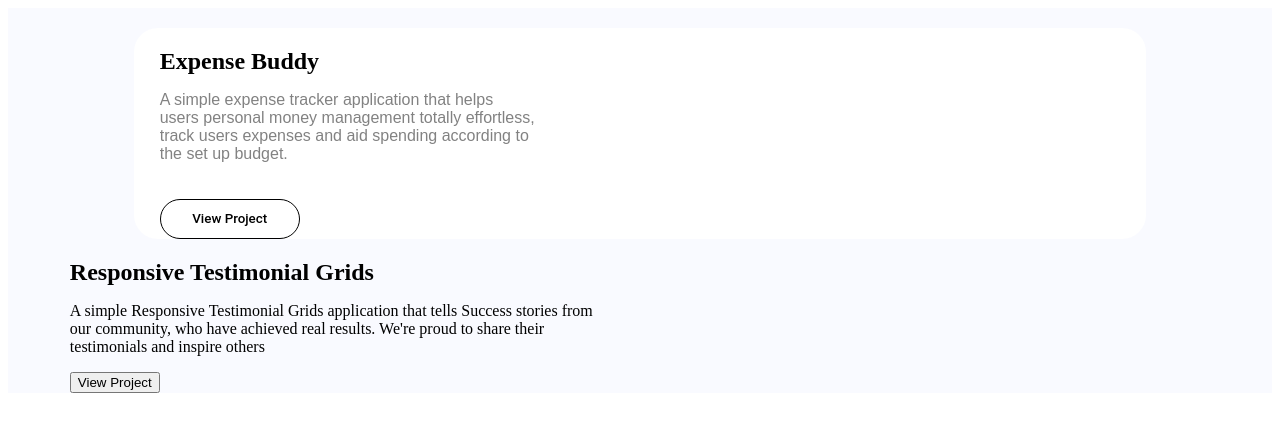
Repository: adehope1/My_Portfoilo
Page: port/assest/index2.html
The author's editor kept a copy of each file at every save. The page is drawn from the files as they stood at one save, then again after the next save.
The browser window is 1280 px wide. The pictures show the whole page.

Above is the page before, as saved 2024-09-01 22:30:35.

### port/assest/index2.html
<!DOCTYPE html>
<html lang="en">
<head>
    <meta charset="UTF-8">
    <meta name="viewport" content="width=device-width, initial-scale=1.0">
    <link rel="stylesheet" href="./index2.css">
    <title>Document</title>
</head>
<body>
    <div class="proCont">
        <div class="cnt1">
            <div class="nameP">
                <div class="textHome">
                    <h2 id="exp">Expense Buddy</h2>
                    <p id="expe">
                        A simple expense tracker application that helps <br>
                        users personal money management totally effortless,<br>
                        track users expenses and aid spending according to <br> the set up budget.
                    </p>
                    <a href="https://cybogsail.000webhostapp.com/"><button type="button" id="btn3">View
                            Project</button></a>

                </div>

            </div>
        </div>
    </div>
    <div class="proCont11">
        <div class="ctn12">
            <div class="nameP1">
                <div class="textHome1">
                    <h2 id="exp1">Responsive Testimonial Grids</h2>
                    <p id="expe1"> A simple Responsive Testimonial Grids application that tells Success stories from our community, who have achieved real results. We're proud to share their testimonials and inspire others
                    </p>
                    <a href="https://github.com/Koded247/Responsive-testimonial-grids.git"><button type="button" id="btn4">View Project</button></a>
                </div>
            </div>
        </div>
    </div>
</body>
</html>

### port/assest/index2.css
.proCont {
    width: 100%;
    height: 90%;
    gap: 50px;
    background-color: #F9FAFF;
    display: flex;
    justify-content: space-around;
    align-items: center;
    flex-direction: column;
}

.cnt1 {
    width: 80%;
    height: 45%;
    background-color: #FFFFFF;
    display: flex;
    flex-direction: row;
    border-radius: 24px;
    margin-top: 20px;

}

.nameP {
    width: 50%;
    height: 100%;
    display: flex;
    justify-content: center;
    align-items: center;
}

.textHome {
    width: 90%;
    height: fit-content;
    text-align: left;
}

#exp {
    font-family: "Playfair Display", serif;
    font-optical-sizing: auto;
    font-weight: 700;
    font-style: normal;
    margin-bottom: 15px;

}

#expe {
    text-align: left;
    font-family: "Nunito", sans-serif;
    font-optical-sizing: auto;
    font-weight: 400;
    font-style: normal;
    color: #828282;
    font-size: 16px;


}

#btn3 {
    width: 140px;
    height: 40px;
    border-radius: 24px;
    border: 1px solid black;
    background-color: #fff;
    font-family: "Roboto", sans-serif;
    font-weight: 500;
    font-style: normal;
    margin-top: 20px;

}

.imgP {
    width: 50%;
    height: 100%;
    background: url(./images/expense.png);
    background-size: cover;
    background-repeat: no-repeat;
    border-radius: 0px 24px 24px 0px
}

#super {
    width: 100%;
    height: 100%;
}


.cnt2 {
    width: 80%;
    height: 45%;
    background-color: #FFFFFF;
    display: flex;
    flex-direction: row;
    border-radius: 24px;

}

.nameP2 {
    width: 50%;
    height: 100%;
    display: flex;
    justify-content: center;
    align-items: center;
}

.textHome2 {
    width: 90%;
    height: fit-content;
    text-align: left;
}

.proCont11 {
    width: 100%;
    height: 90%;
    gap: 50px;
    background-color: #F9FAFF;
    display: flex;
    justify-content: space-around;
    align-items: center;
    flex-direction: column;
}

.cnt12{
    width: 80%;
    height: 45%;
    background-color: #FFFFFF;
    display: flex;
    flex-direction: row;
    border-radius: 24px;
    margin-top: 20px;

}

.nameP1 {
    width: 50%;
    height: 100%;
    display: flex;
    justify-content: center;
    align-items: center;
}

.textHome1 {
    width: 90%;
    height: fit-content;
    text-align: left;
}

#exp1 {
    font-family: "Playfair Display", serif;
    font-optical-sizing: auto;
    font-weight: 700;
    font-style: normal;
    margin-bottom: 15px;

}

#expe {
    text-align: left;
    font-family: "Nunito", sans-serif;
    font-optical-sizing: auto;
    font-weight: 400;
    font-style: normal;
    color: #828282;
    font-size: 16px;


}

#btn3 {
    width: 140px;
    height: 40px;
    border-radius: 24px;
    border: 1px solid black;
    background-color: #fff;
    font-family: "Roboto", sans-serif;
    font-weight: 500;
    font-style: normal;
    margin-top: 20px;

}

.imgP {
    width: 50%;
    height: 100%;
    background: url(./images/expense.png);
    background-size: cover;
    background-repeat: no-repeat;
    border-radius: 0px 24px 24px 0px
}

#super {
    width: 100%;
    height: 100%;
}


.cnt2 {
    width: 80%;
    height: 45%;
    background-color: #FFFFFF;
    display: flex;
    flex-direction: row;
    border-radius: 24px;

}

.nameP2 {
    width: 50%;
    height: 100%;
    display: flex;
    justify-content: center;
    align-items: center;
}

.textHome2 {
    width: 90%;
    height: fit-content;
    text-align: left;
}

After the next save:
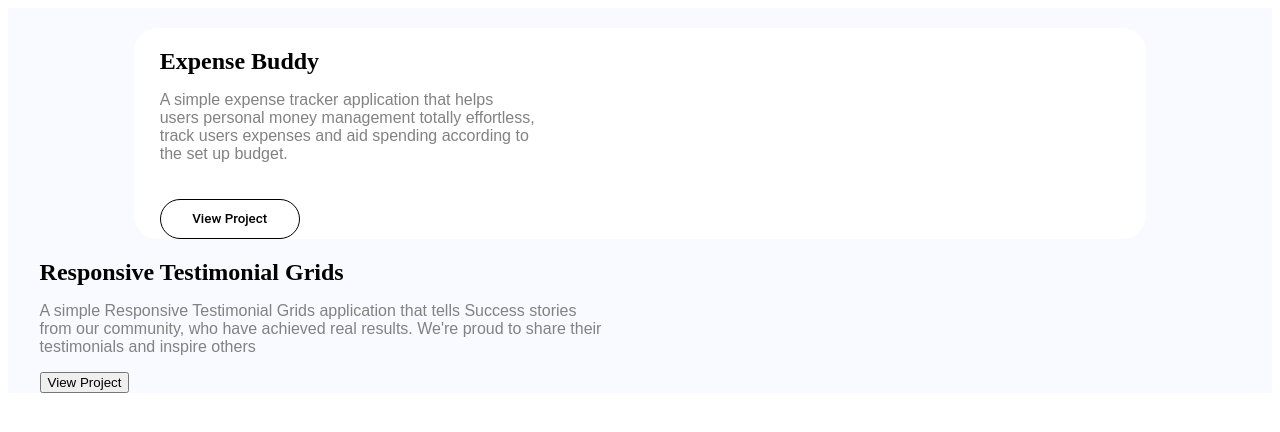
Saved 5 s later.
--- a/port/assest/index2.css
+++ b/port/assest/index2.css
@@ -152,7 +152,7 @@
 
 }
 
-#expe {
+#expe1 {
     text-align: left;
     font-family: "Nunito", sans-serif;
     font-optical-sizing: auto;
